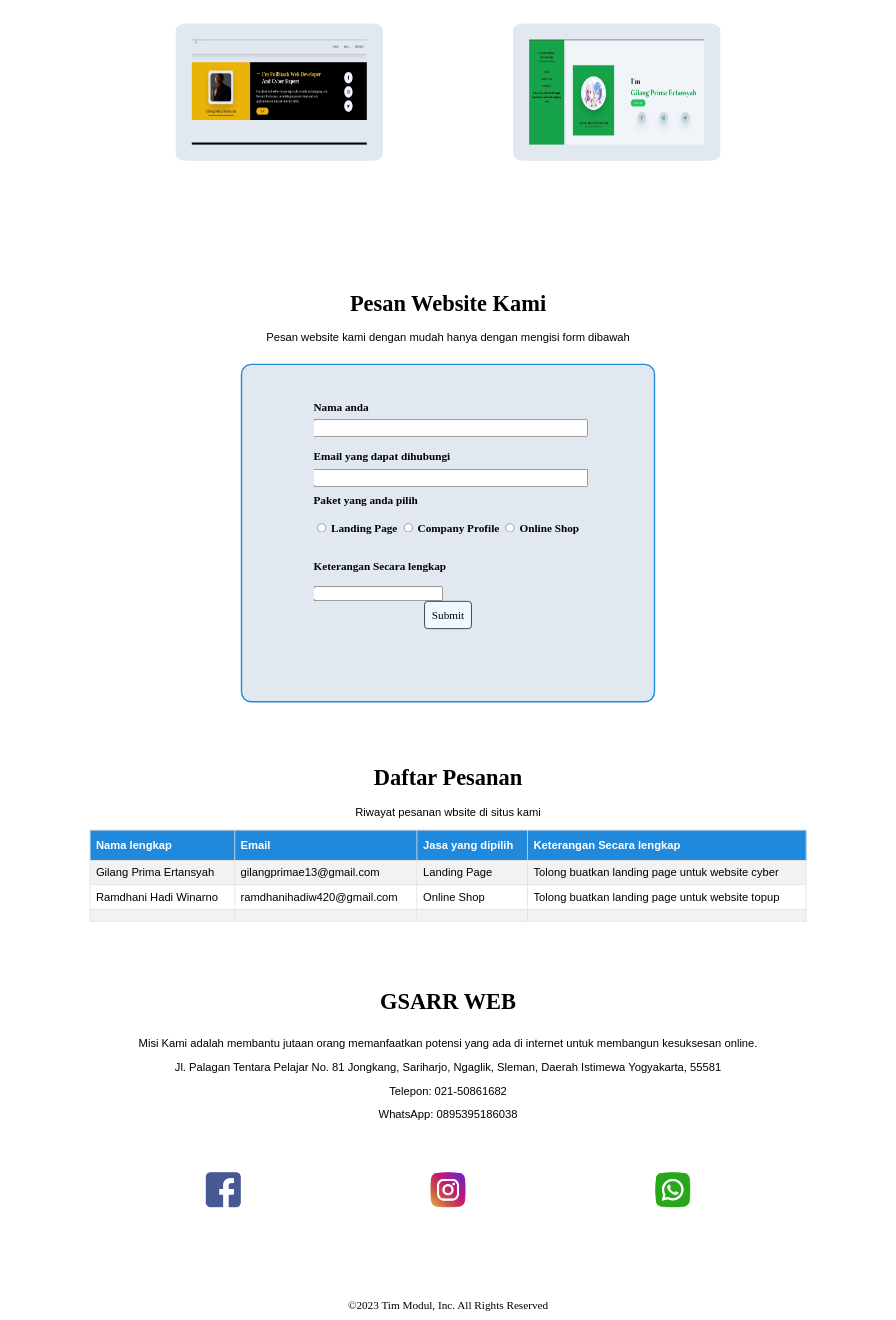
Repository: zecht12/TimModul
Page: TimModul.html
An editor plug-in stored every save of this project. The page is shown before and after the next save, followed by the edit.
The browser window is 1280 px wide. The pictures show the part of the page from y = 2492 to 4412 px (the page is 4378 px tall before and 4412 px after), at 70% of full size.

Above is the page before, as saved 2023-04-27 19:20:02.

After the next save:
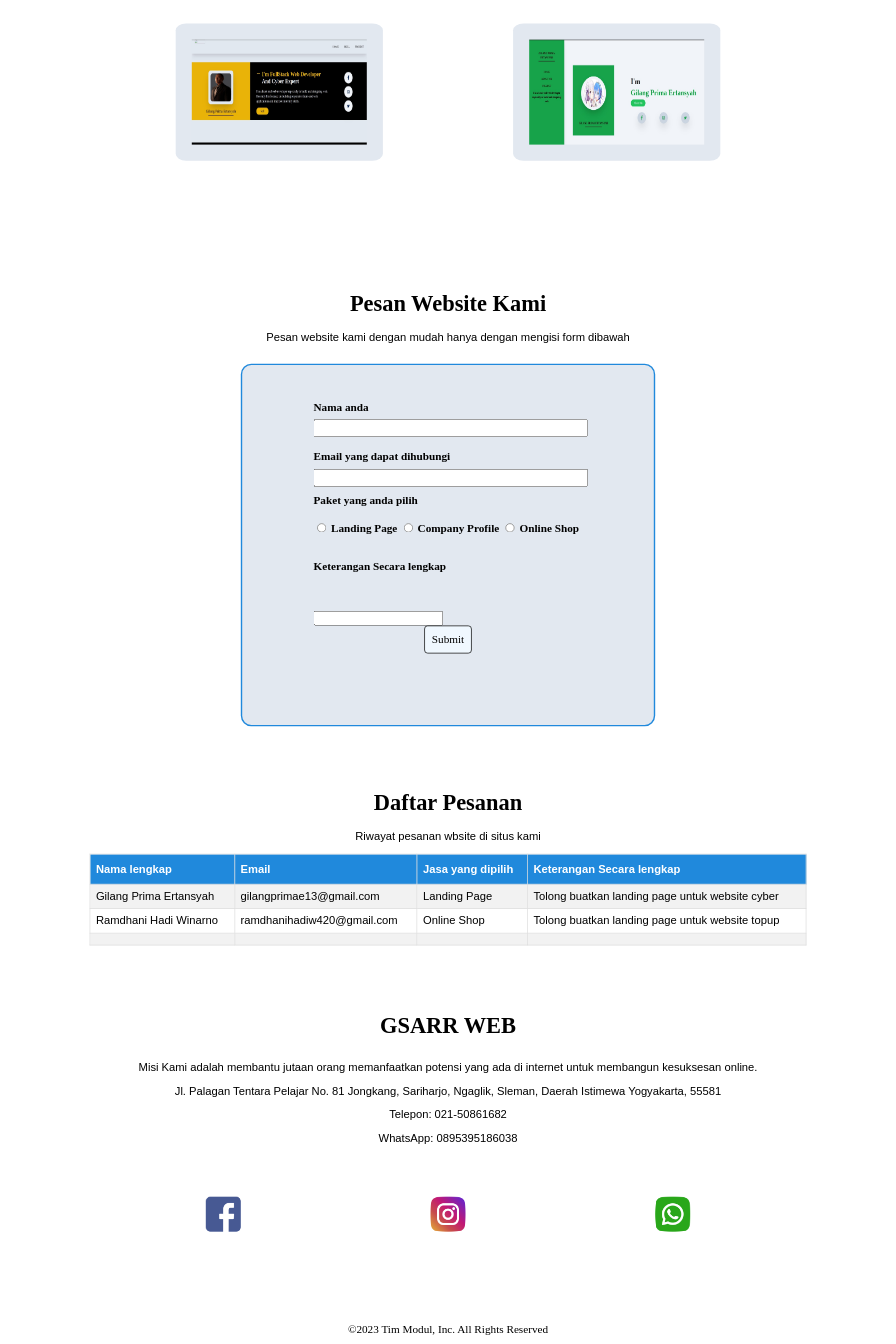
Saved 15 s later.
--- a/TimModul.html
+++ b/TimModul.html
@@ -230,7 +230,7 @@
                 </div>
 
                 <div>
-                    <p style="color: black; font-weight: bold; padding-bottom: 1%;">Keterangan Secara lengkap</p>
+                    <p style="color: black; font-weight: bold; padding-bottom: 10%;">Keterangan Secara lengkap</p>
                     <input type="text" id="Keterangan" name="Keterangan" class="Keterangan">
                 </div>
 

After the 3 saves that followed:
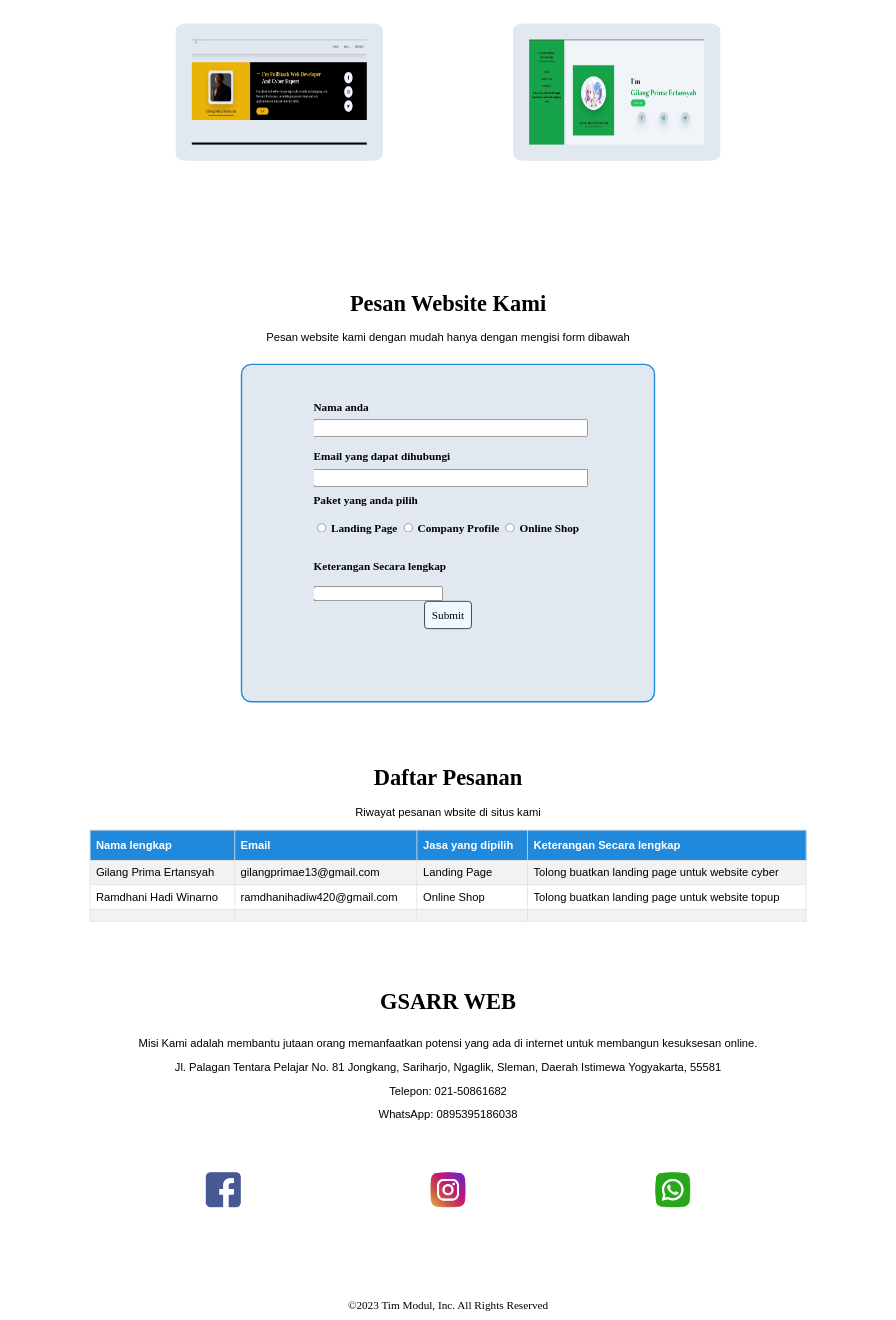
The 3 saves are shown as one change because they came seconds apart.
The last was saved 19 s later.
--- a/TimModul.html
+++ b/TimModul.html
@@ -230,8 +230,8 @@
                 </div>
 
                 <div>
-                    <p style="color: black; font-weight: bold; padding-bottom: 10%;">Keterangan Secara lengkap</p>
-                    <input type="text" id="Keterangan" name="Keterangan" class="Keterangan">
+                    <p style="color: black; font-weight: bold; padding-bottom: 1%;">Keterangan Secara lengkap</p>
+                    <input type="text" id="Keterangan" name="Keterangan" class="Keterangan" style="">
                 </div>
 
                 <div style="display: flex; justify-content: center; align-items: center;">
